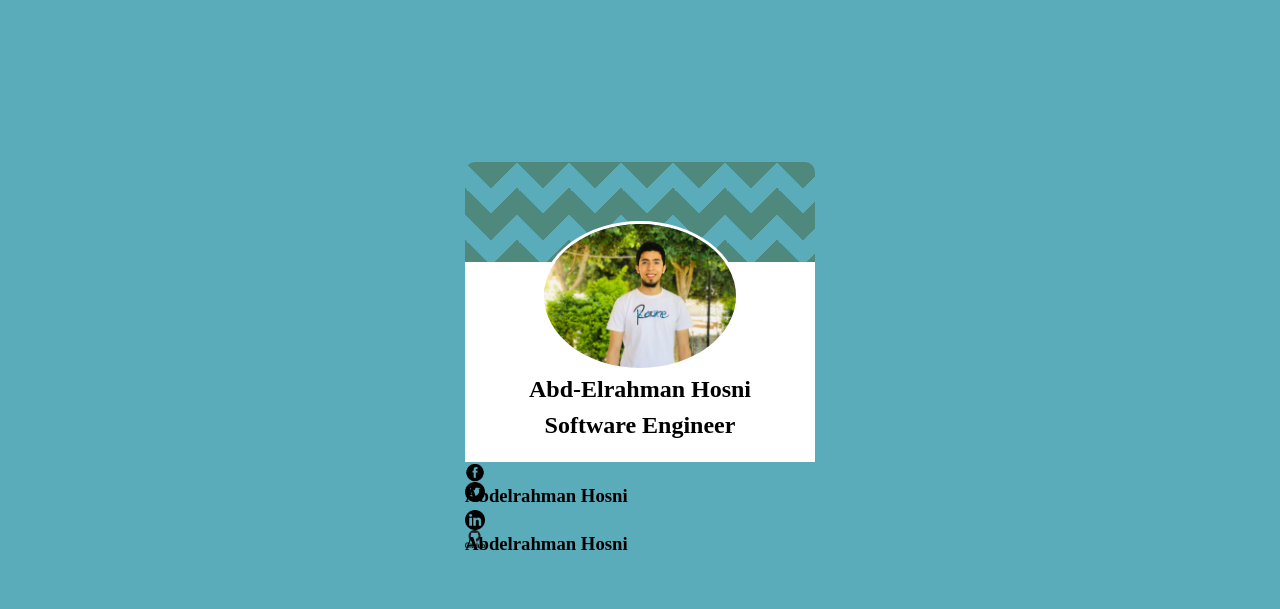
Repository: Abdo-Hosni123/Html-and-css-projects
Page: index.html
An editor plug-in stored every save of this project. The page is shown before and after the next save, followed by the edit.
The browser window is 1280 px wide. The pictures show the whole page.

Above is the page before, as saved 2023-12-06 00:28:51.

After the next save:
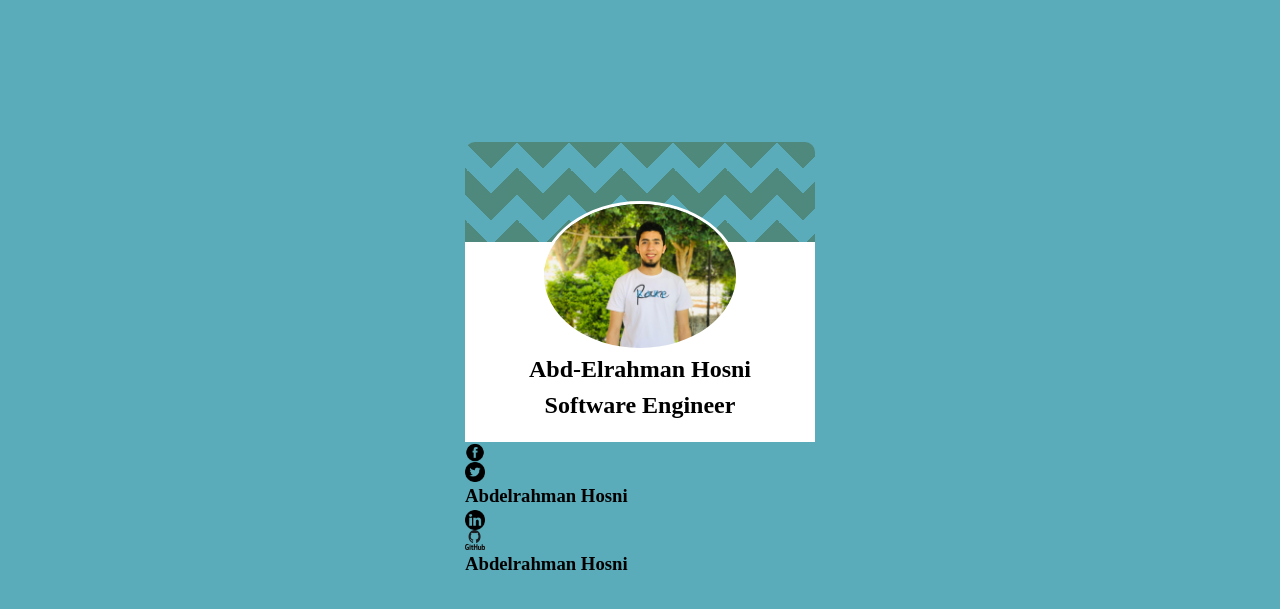
Saved 4 s later.
--- a/Style.css
+++ b/Style.css
@@ -89,7 +89,7 @@ h6 {
   height: 150px;
   z-index: 2;
 }
-.icons {
+.icon {
   height: 20px;
   width: 20px;
 }
